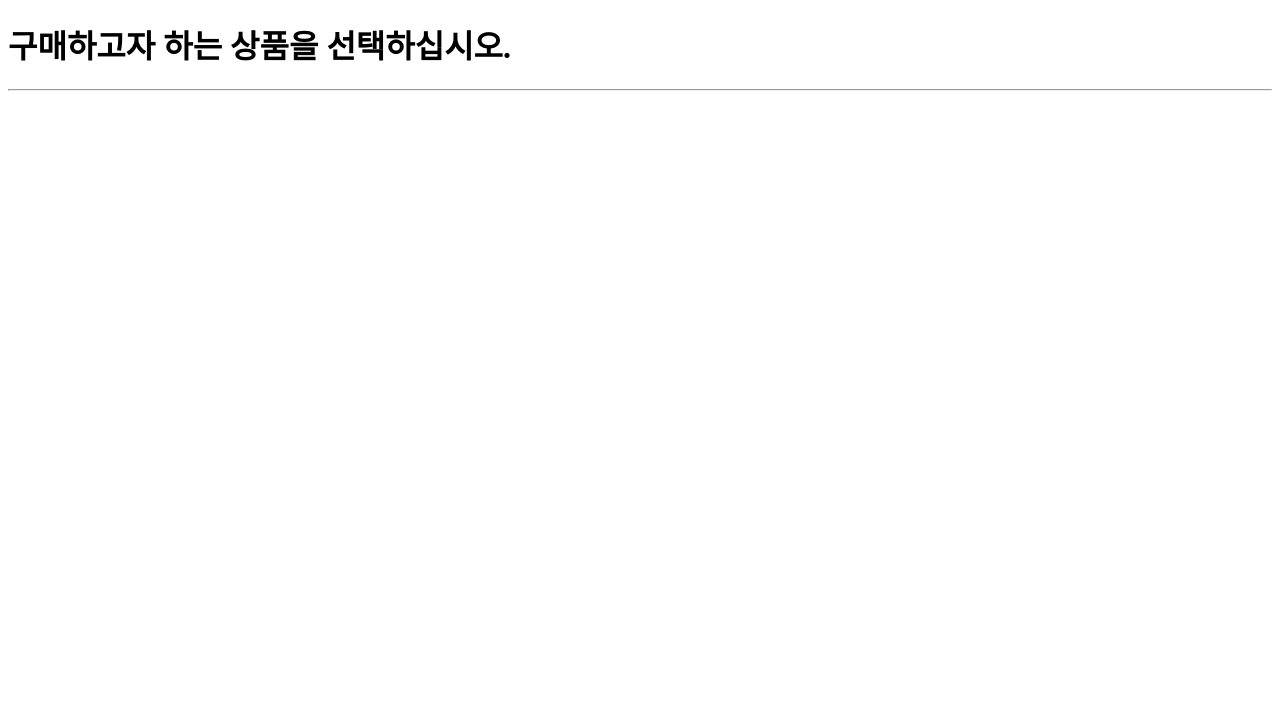
Repository: kdg0109/multicampus_course
Page: web course/workspace_web/mvc/WebContent/htmlexam/product.html
An editor plug-in stored every save of this project. The page is shown before and after the next save, followed by the edit.
The browser window is 1280 px wide. The pictures show the whole page.

Above is the page before, as saved 2018-02-09 07:24:34.

### web course/workspace_web/mvc/WebContent/htmlexam/product.html
<!DOCTYPE html>
<html>
<head>
<meta charset="UTF-8">
<title>Insert title here</title>
<style>
	a {
		margin: 10px;
		width: 140px;
		height: 120px;
	}
</style>
</head>
<body>
	<h1>구매하고자 하는 상품을 선택하십시오.</h1>
	<hr>
	<a id="p001" href="/mvc/cart?pid=p001" src="images/apple.gif"></a>
	<a id="p002" href="/mvc/cart?pid=p002" src="images/banana.jpg"></a>
	<a id="p003" href="/mvc/cart?pid=p003"src="images/halabong.jpg"></a>
</body>
</html>

After the next save:
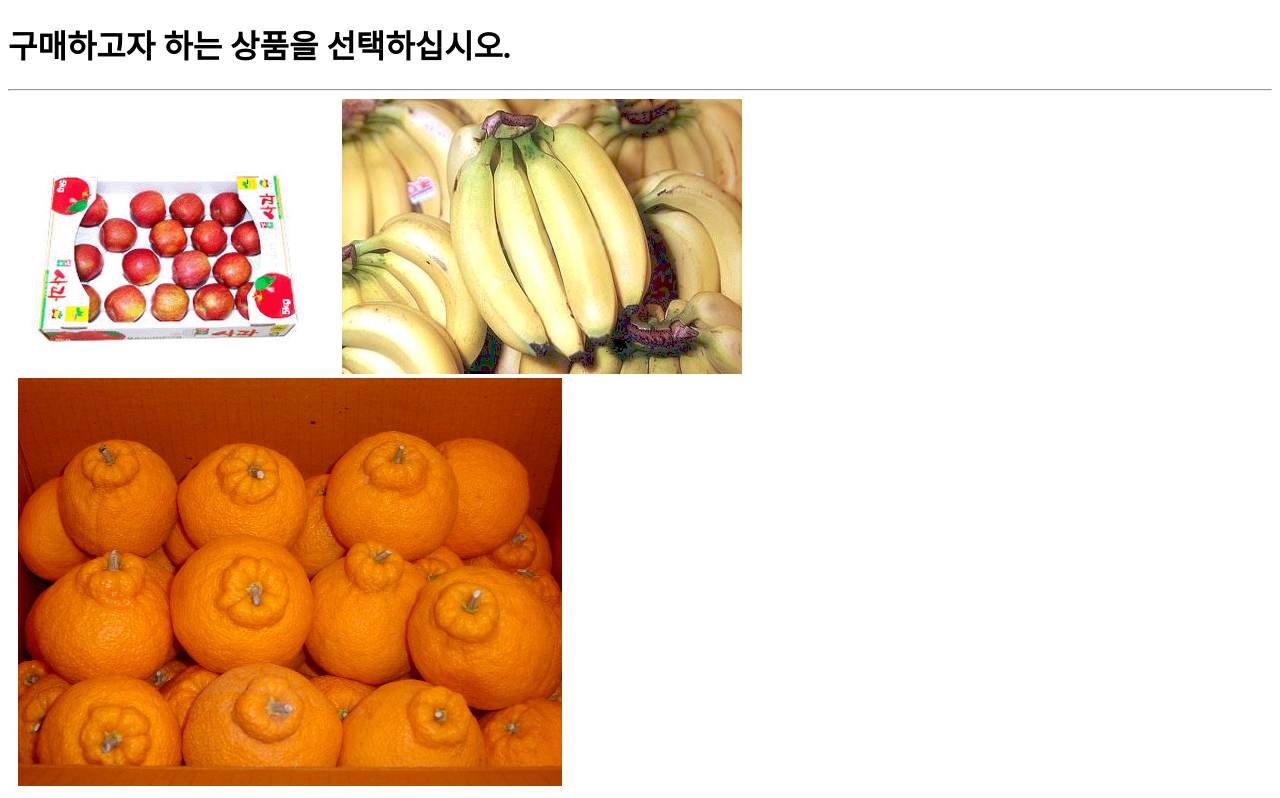
Saved 109 s later.
--- a/web course/workspace_web/mvc/WebContent/htmlexam/product.html
+++ b/web course/workspace_web/mvc/WebContent/htmlexam/product.html
@@ -14,8 +14,8 @@
 <body>
 	<h1>구매하고자 하는 상품을 선택하십시오.</h1>
 	<hr>
-	<a id="p001" href="/mvc/cart?pid=p001" src="images/apple.gif"></a>
-	<a id="p002" href="/mvc/cart?pid=p002" src="images/banana.jpg"></a>
-	<a id="p003" href="/mvc/cart?pid=p003"src="images/halabong.jpg"></a>
+	<a id="p001" href="/mvc/cart?pid=p001"><img src="images/apple.gif"></a>
+	<a id="p002" href="/mvc/cart?pid=p002"><img src="images/banana.jpg"></a>
+	<a id="p003" href="/mvc/cart?pid=p003"><img src="images/halabong.jpg"></a>
 </body>
 </html>
